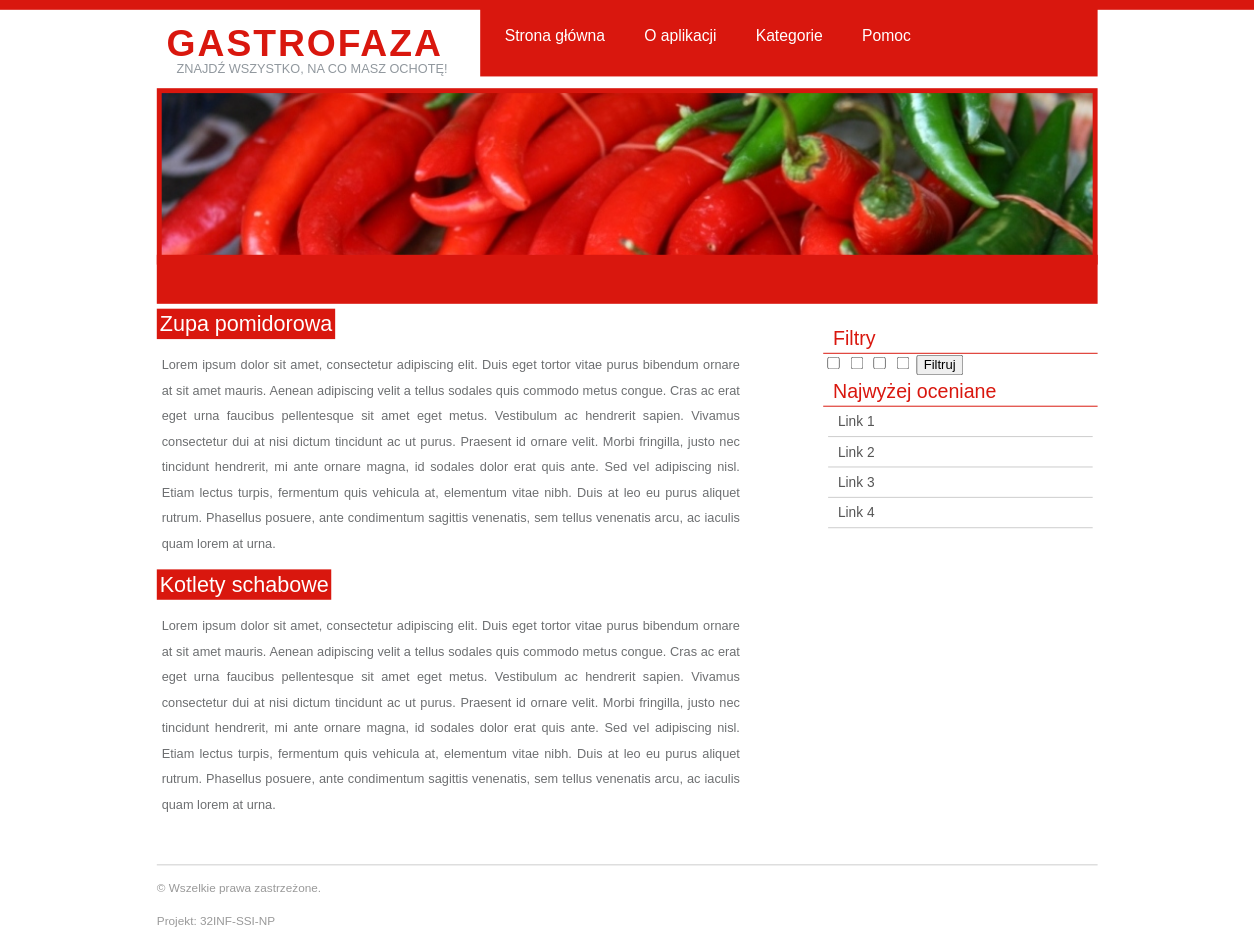
Repository: Michals1988/GroupProject
Page: index.html
These files come from the project's save history. The page is drawn as it stood at one moment and after the next save; the edit follows.
The browser window is 1280 px wide. The pictures show the whole page, at 98% of full size.

Above is the page before, as saved 2020-10-25 17:25:29.

After the next save:
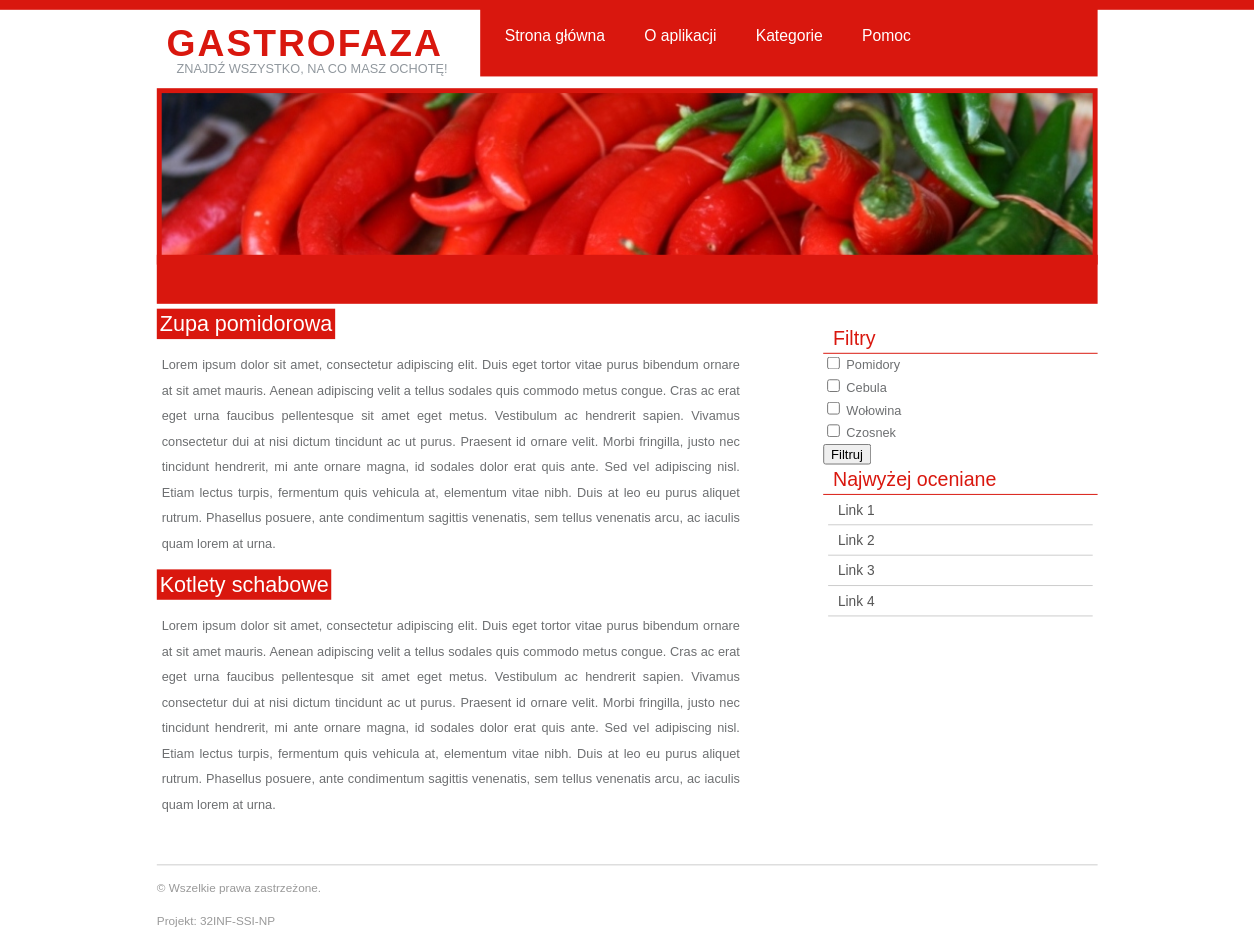
Saved 116 s later.
--- a/index.html
+++ b/index.html
@@ -61,10 +61,22 @@
                 </div>
                 <div id="sidebar">
                     <div id="sidebar_title">Filtry</div>
-                    <input type="checkbox">
-                    <input type="checkbox">
-                    <input type="checkbox">
-                    <input type="checkbox">
+                    <div class="input_wrapper">
+                        <input type="checkbox">
+                        <label for="">Pomidory</label>
+                    </div>
+                    <div class="input_wrapper">
+                        <input type="checkbox">
+                        <label for="">Cebula</label>
+                    </div>
+                    <div class="input_wrapper">
+                        <input type="checkbox">
+                        <label for="">Wołowina</label>
+                    </div>
+                    <div class="input_wrapper">
+                        <input type="checkbox">
+                        <label for="">Czosnek</label>
+                    </div>
                     <button id="filter_button">Filtruj</button>
                     <div id="sidebar_title">Najwyżej oceniane</div>
                     <ul>
